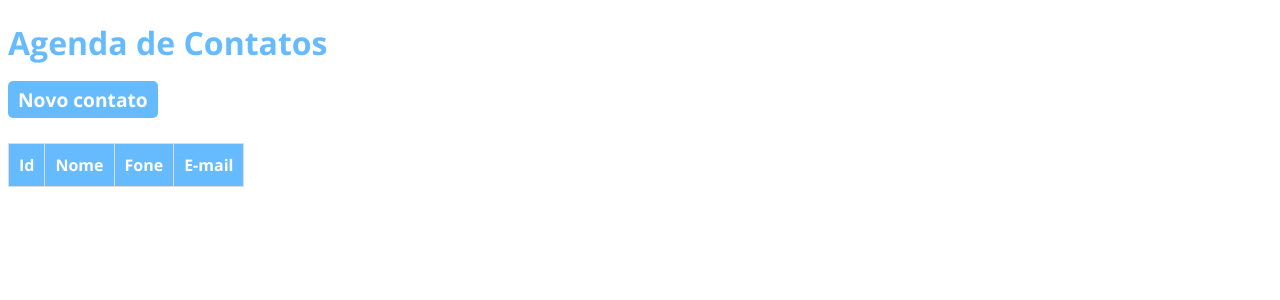
Repository: jairft/Agenda
Page: http://localhost/agenda/main
An editor plug-in stored every save of this project. The page is shown before and after the next save, followed by the edit.
The browser window is 1280 px wide. The pictures show the whole page.
The page is served by Tomcat 9. Other server files are loaded and not shown. Queries for data that is not in the repository find no rows.

Above is the page before, as saved 2022-09-07 13:00:56.

### agenda/src/main/webapp/agenda.jsp
<%@ page language="java" contentType="text/html; charset=utf-8"
	pageEncoding="utf-8"%>
<%@ page import="model.JavaBeans"%>
<%@ page import="java.util.ArrayList"%>
<%
	ArrayList<JavaBeans> lista = (ArrayList<JavaBeans>) request.getAttribute("contatos");

%>
<!DOCTYPE html>
<html lang="pt-br">
<head>
<meta charset="utf-8">
<title>Agenda de contatos</title>
<link rel="icon" href="imagens/fivicon.png">
<link rel="styLesheet" href="style.css">
</head>
<body>
	<h1>Agenda de Contatos</h1>
	<a href="novo.html" class="botao1">Novo contato</a>
	<table id="tabela">
		<thead>
			<tr>
				<th>Id</th>
				<th>Nome</th>
				<th>Fone</th>
				<th>E-mail</th>
			</tr>
		</thead>
		<tbody>	<%for (int i = 0; i < lista.size(); i++){ %>
						<tr>
							<td><%=lista.get(i).getIdCon()%></td>
							<td><%=lista.get(i).getNome()%></td>
							<td><%=lista.get(i).getFone()%></td>
							<td><%=lista.get(i).getEmail()%></td>
						</tr>
			<% } %>

		</tbody>
	</table>
</body>
</html>

### agenda/src/main/java/controller/Controller.java
package controller;

import java.beans.JavaBean;
import java.io.IOException;
import java.util.ArrayList;
import java.util.Iterator;

import javax.servlet.RequestDispatcher;
import javax.servlet.ServletException;
import javax.servlet.annotation.WebServlet;
import javax.servlet.http.HttpServlet;
import javax.servlet.http.HttpServletRequest;
import javax.servlet.http.HttpServletResponse;
import model.DAO;
import model.JavaBeans;;

@WebServlet(urlPatterns = { "/Controller", "/main", "/insert" })
public class Controller extends HttpServlet {
	private static final long serialVersionUID = 1L;
	DAO dao = new DAO();
	JavaBeans contato = new JavaBeans();

	public Controller() {
		super();

	}

	protected void doGet(HttpServletRequest request, HttpServletResponse response)
			throws ServletException, IOException {
		String action = request.getServletPath();
		System.out.println(action);
		if (action.equals("/main")) {
			contatos(request, response);
		} else if (action.equals("/insert")) {
			novoContato(request, response);
		}else {
			response.sendRedirect("index.html");
		}
	}

	// Listar contatos
	protected void contatos(HttpServletRequest request, HttpServletResponse response)
			throws ServletException, IOException {
		// Criando um objeto que irá receber os dados do JavaBeans
		ArrayList<JavaBeans> lista = dao.listarContatos();
		// teste de recebimento da lista
	/**	for (int i = 0; i < lista.size(); i++) {
			System.out.println(lista.get(i).getIdCon());
			System.out.println(lista.get(i).getNome());
			System.out.println(lista.get(i).getFone());
			System.out.println(lista.get(i).getEmail());
		}**/
		//Encaminhar a lista ao documento agenda.jsp
		request.setAttribute("contatos", lista);
		RequestDispatcher rd = request.getRequestDispatcher("agenda.jsp");
		rd.forward(request, response);
	}

	// Novo contatos
	protected void novoContato(HttpServletRequest request, HttpServletResponse response)
			throws ServletException, IOException {
		// setar as variaveis JavaBeans
		contato.setNome(request.getParameter("nome"));
		contato.setFone(request.getParameter("fone"));
		contato.setEmail(request.getParameter("email"));
		// invocar o método inserirContato passando o objeto contato!
		dao.inserirContato(contato);
		// Redirecionar para o documento agenda.jsp
		response.sendRedirect("main");

	}

}

### agenda/src/main/webapp/style.css
@charset "utf-8";
@import url('https://fonts.googleapis.com/css2?family=Open+Sans:wght@400;700&display=swap');

body {
	font-family: 'Open Sans', sans-serif;
	font-size: 1em;
	font-weight: 400;
}

h1 {
	color: #66bbff;

}
.botao1 {
	text-decoration: none;
	background-color: #66bbff;
	padding: 5px 10px 5px 10px;
	color: #fff;
	font-size: 1.2em;
	font-weight: 700;
	border-radius: 5px;
	border: 0;
	cursor: pointer;
}

.caixa1 {
	width: 320px;
	padding: 5px;
	margin-bottom: 10px;
	border: 1px solid #66bbff;
	border-radius: 5px
}

.caixa2 {
	padding: 5px;
	margin-bottom: 10px;
	border: 1px solid #66bbff;
	border-radius: 5px
}
#tabela {
	margin-top: 30px;
	border-collapse: collapse;
}

#tabela th {
	border: 1px solid #ddd;
	padding: 10px;
	text-align: left;
	background-color: #66bbff;
	color: #fff;

}

#tabela td {
	border: 1px solid #ddd;
	padding: 10px;
}

After the next save:
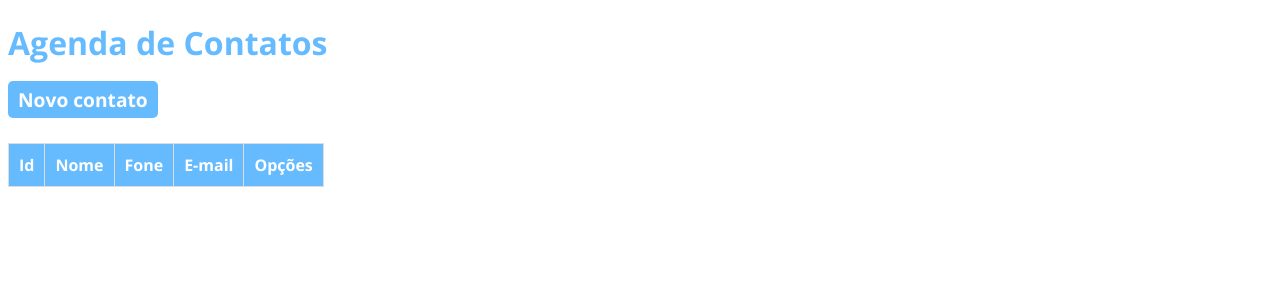
Saved 8 min 54 s later.
--- a/agenda/src/main/webapp/agenda.jsp
+++ b/agenda/src/main/webapp/agenda.jsp
@@ -24,6 +24,7 @@
 				<th>Nome</th>
 				<th>Fone</th>
 				<th>E-mail</th>
+				<th>Opções</th>
 			</tr>
 		</thead>
 		<tbody>	<%for (int i = 0; i < lista.size(); i++){ %>
@@ -32,6 +33,7 @@
 							<td><%=lista.get(i).getNome()%></td>
 							<td><%=lista.get(i).getFone()%></td>
 							<td><%=lista.get(i).getEmail()%></td>
+							<td><a href="" class="botao1" >Editar</a></td>
 						</tr>
 			<% } %>
 
